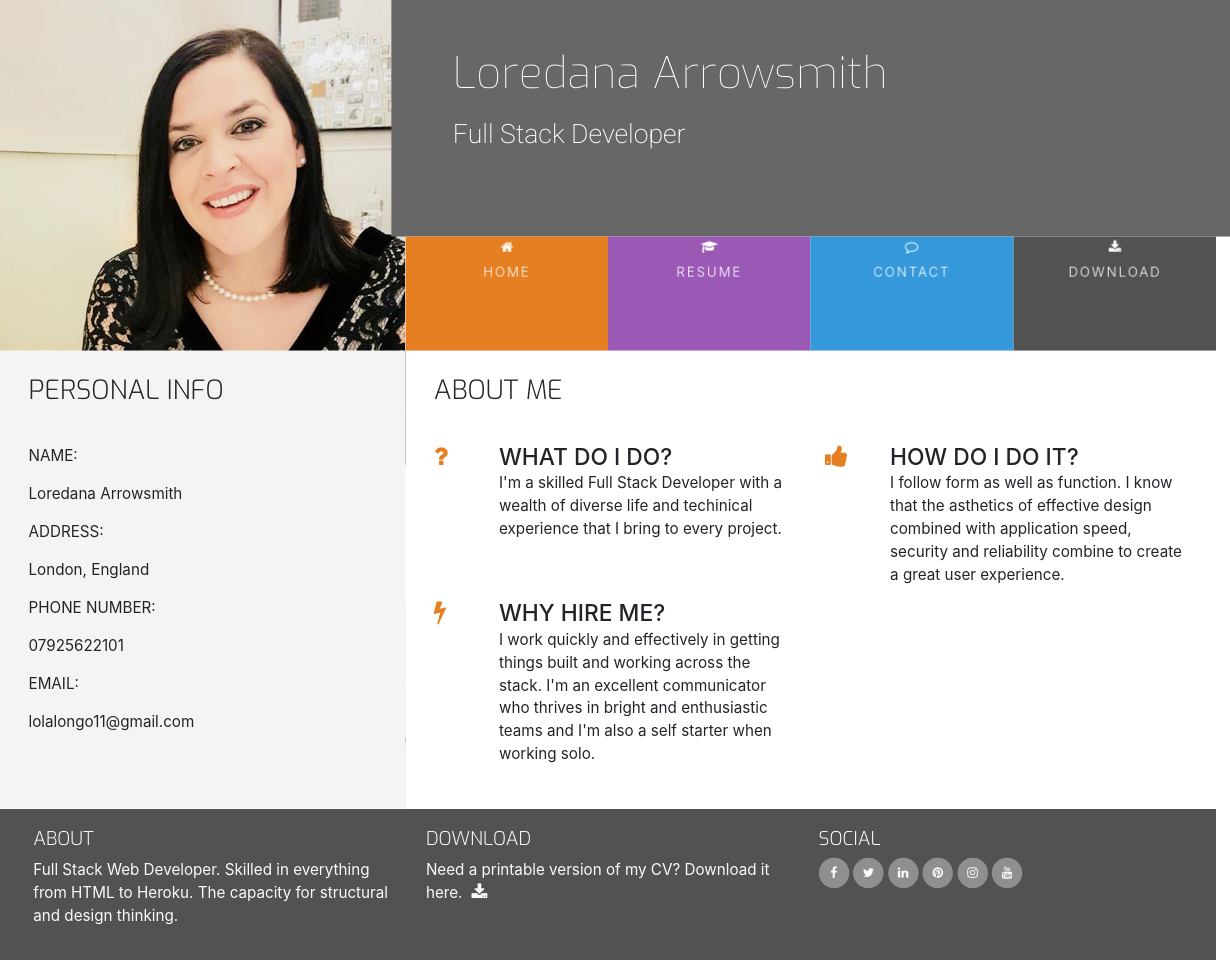
Repository: lolalongo11/Loredana-Resume
Page: index.html
The author's editor kept a record of every edit. The page is drawn from the files as they stood at one moment, then again after the next edit.
The browser window is 1280 px wide. The page is 1295 px wide, so the pictures cover 1295 px, including what lies to the right of the window. The pictures show the whole page, at 95% of full size.

Above is the page before.

After the next edit:
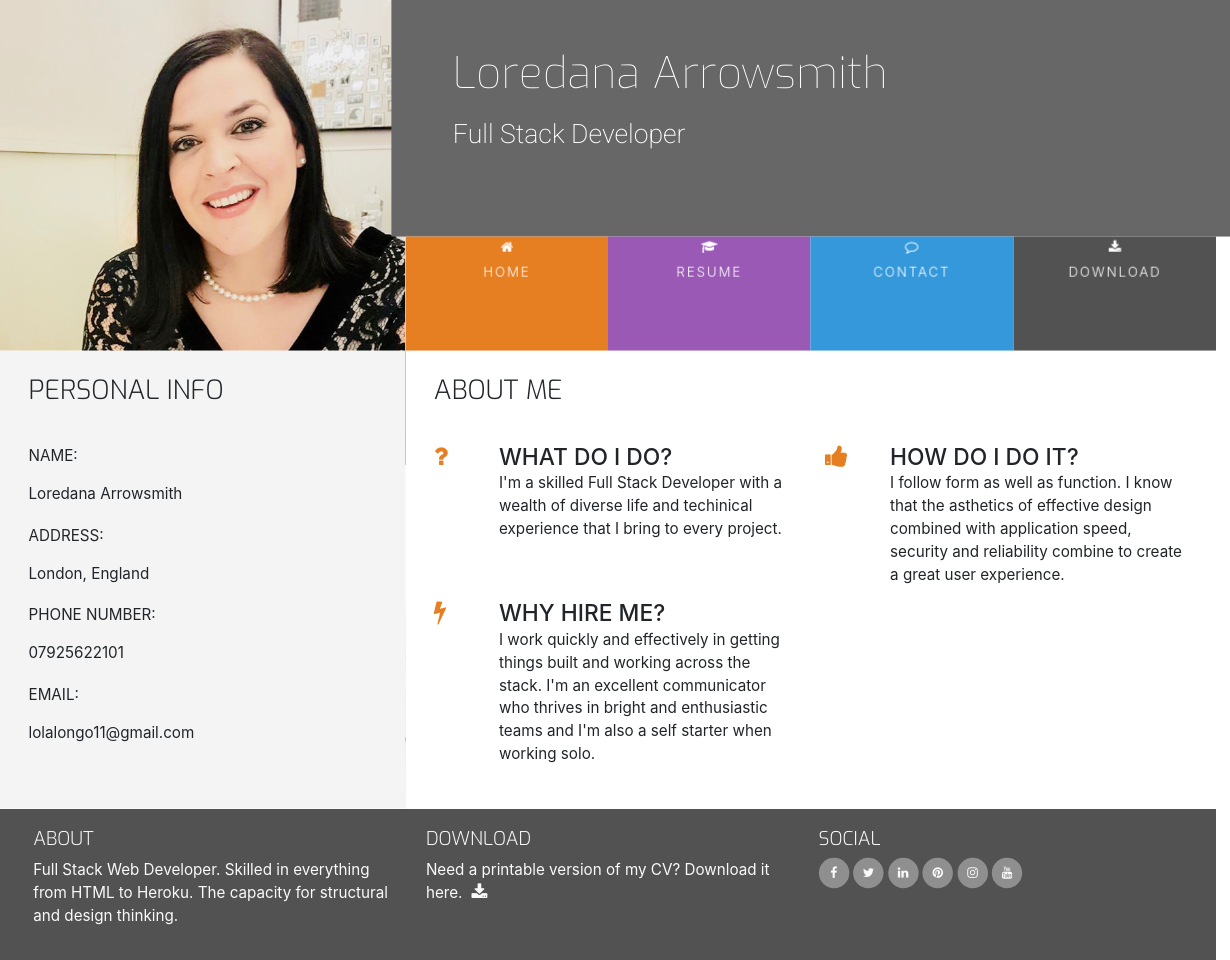
The edit:
--- a/assets/css/style.css
+++ b/assets/css/style.css
@@ -233,7 +233,7 @@
 
 /* ----------------------------------------------------Personal info */
 
-.personal-item-info {
+.personal-info-item {
     margin-bottom: 20px;
     display: block;
     clear: both;
